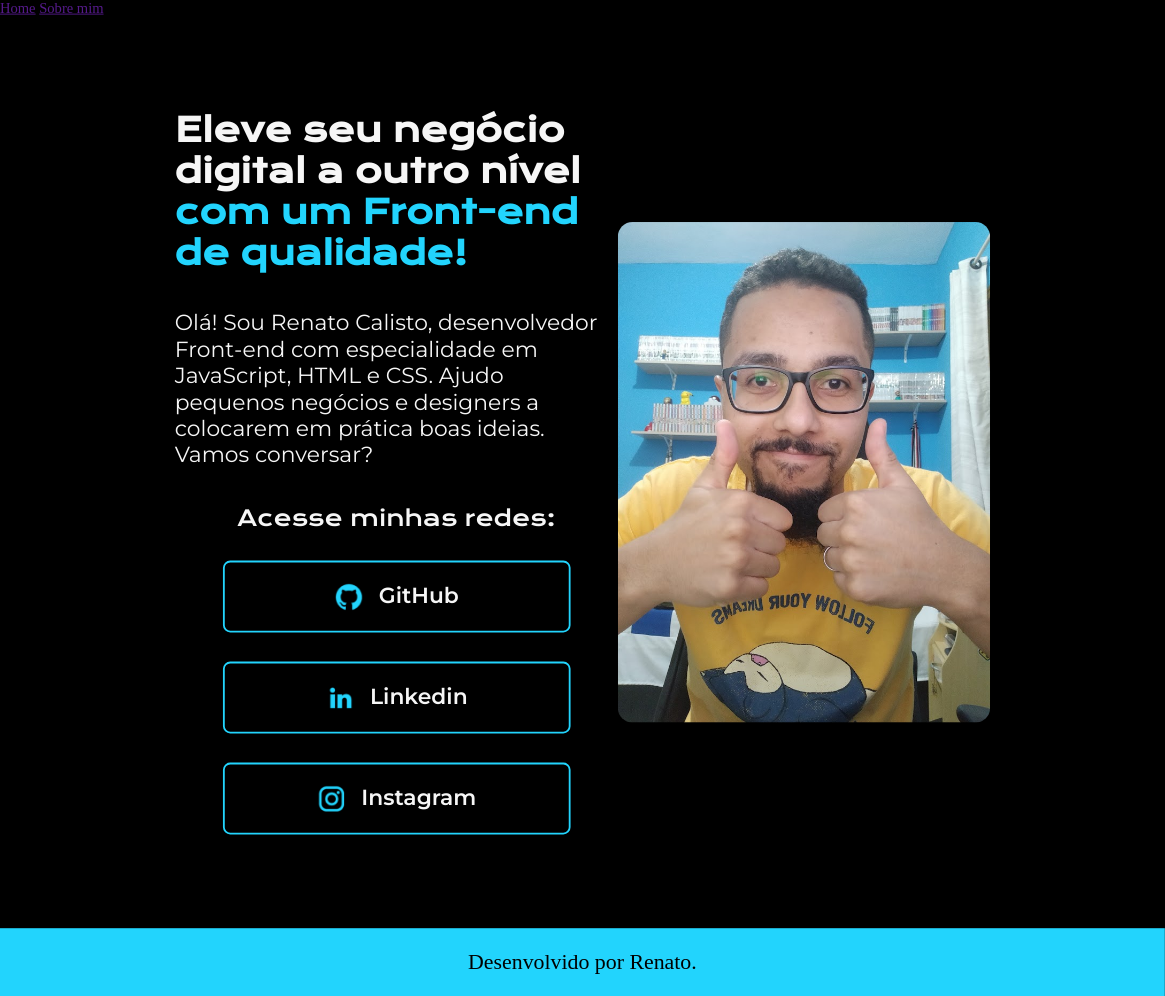
Repository: RenatoCCS/Portfolio_Alura
Page: index.html
These files come from the project's save history. The page is drawn as it stood at one moment and after the next save; the edit follows.
The browser window is 1280 px wide. The pictures show the whole page, at 91% of full size.

Above is the page before, as saved 2023-03-02 16:53:05.

### index.html
<!DOCTYPE html>
<html lang="pt-br">
  <head>
    <meta charset="UTF-8" />
    <meta http-equiv="X-UA-Compatible" content="IE=edge" />
    <meta name="viewport" content="width=device-width, initial-scale=1.0" />
    <title>Portfolio</title>
    <link rel="stylesheet" href="style.css" />
  </head>
  <body>
    <header class="cabecalho">
      <nav class="cabecalho__menu">
        <a class="cabecalho__menu__link" href="">Home</a>
        <a class="cabecalho__menu__link" href="">Sobre mim</a>
      </nav>
    </header>
    <main class="apresentacao">
      <section class="apresentacao__conteudo">
        <h1 class="apresentacao__conteudo__titulo">
          Eleve seu negócio digital a outro nível
          <strong class="titulo-destaque">
            com um Front-end de qualidade!
          </strong>
        </h1>
        <p class="apresentacao__conteudo__texto">
          Olá! Sou Renato Calisto, desenvolvedor Front-end com especialidade em
          JavaScript, HTML e CSS. Ajudo pequenos negócios e designers a
          colocarem em prática boas ideias. Vamos conversar?
        </p>
        <div class="apresentacao__links">
          <h2 class="apresentacao__links__subtitulo">Acesse minhas redes:</h2>

          <a
            class="apresentacao__links__link"
            href="https://github.com/RenatoCCS"
          >
            <img src="./assets/github.png" alt="Icone do github" />
            GitHub
          </a>

          <a
            class="apresentacao__links__link"
            href="https://www.linkedin.com/in/renatocalisto/"
          >
            <img src="./assets/linkedin.png" alt="Icone do linkedin" />
            Linkedin
          </a>

          <a
            class="apresentacao__links__link"
            href="https://www.instagram.com/reevoltz/"
          >
            <img src="./assets/instagram.png" alt="Icone do instagram" />
            Instagram
          </a>
        </div>
      </section>
      <img
        class="apresentacao__foto"
        src="./assets/renato.jpg"
        alt="Renato fazendo sinal de positivo com ambas as mãos"
      />
    </main>
    <footer class="rodape"><p>Desenvolvido por Renato.</p></footer>
  </body>
</html>

### style.css
@import url('https://fonts.googleapis.com/css2?family=Krona+One&family=Montserrat:wght@400;600&display=swap');

* {
  margin: 0;
  padding: 0;
}

body {
  /* height: 100vh; */
  box-sizing: border-box;
  background-color: #000000;
  color: #f6f6f6;
}

.abecalho__menu__link {
  font-family: 'Montserrat', sans-serif;
  font-size: 24px;
  font-weight: 600;
}

.apresentacao {
  padding: 8% 15%;
  display: flex;
  align-items: center;
  justify-content: space-between;
}

.apresentacao__conteudo {
  width: 615px;
  display: flex;
  flex-direction: column;
  gap: 40px;
}

.apresentacao__conteudo__titulo {
  font-size: 36px;
  font-family: 'Krona One', sans-serif;
}

.titulo-destaque {
  color: #22d4fd;
}

.apresentacao__conteudo__texto {
  font-size: 24px;
  font-family: 'Montserrat', sans-serif;
}

.apresentacao__links {
  display: flex;
  flex-direction: column;
  justify-content: space-between;
  align-items: center;
  gap: 32px;
}

.apresentacao__links__subtitulo {
  font-family: 'Krona One', sans-serif;
  font-weight: 400;
  font-size: 24px;
}

.apresentacao__links__link {
  /* background-color: #22d4fd; foi trocado o estilo*/
  display: flex;
  justify-content: center;
  gap: 16px;
  border: 2px solid #22d4fd;
  width: 378px;
  text-align: center;
  border-radius: 8px;
  font-size: 24px;
  font-weight: 600;
  padding: 21.5px 0;
  text-decoration: none;
  color: #f6f6f6;
  font-family: 'Montserrat', sans-serif;
}

.apresentacao__links__link:hover {
  background-color: #272727;
}

/*Utilizei minha foto e fui adaptando de acordo com o tamanho da outra foto*/
.apresentacao__foto {
  height: 550px;
  width: 490px;
  left: 1032px;
  top: 253px;
  border-radius: 16px;
}

.rodape {
  padding: 24px;
  color: #000000;
  background-color: #22d4fd;
  text-align: center;
  font-family: 'Montserrat' sans-serif;
  font-size: 24px;
  font-weight: 400;
}

After the next save:
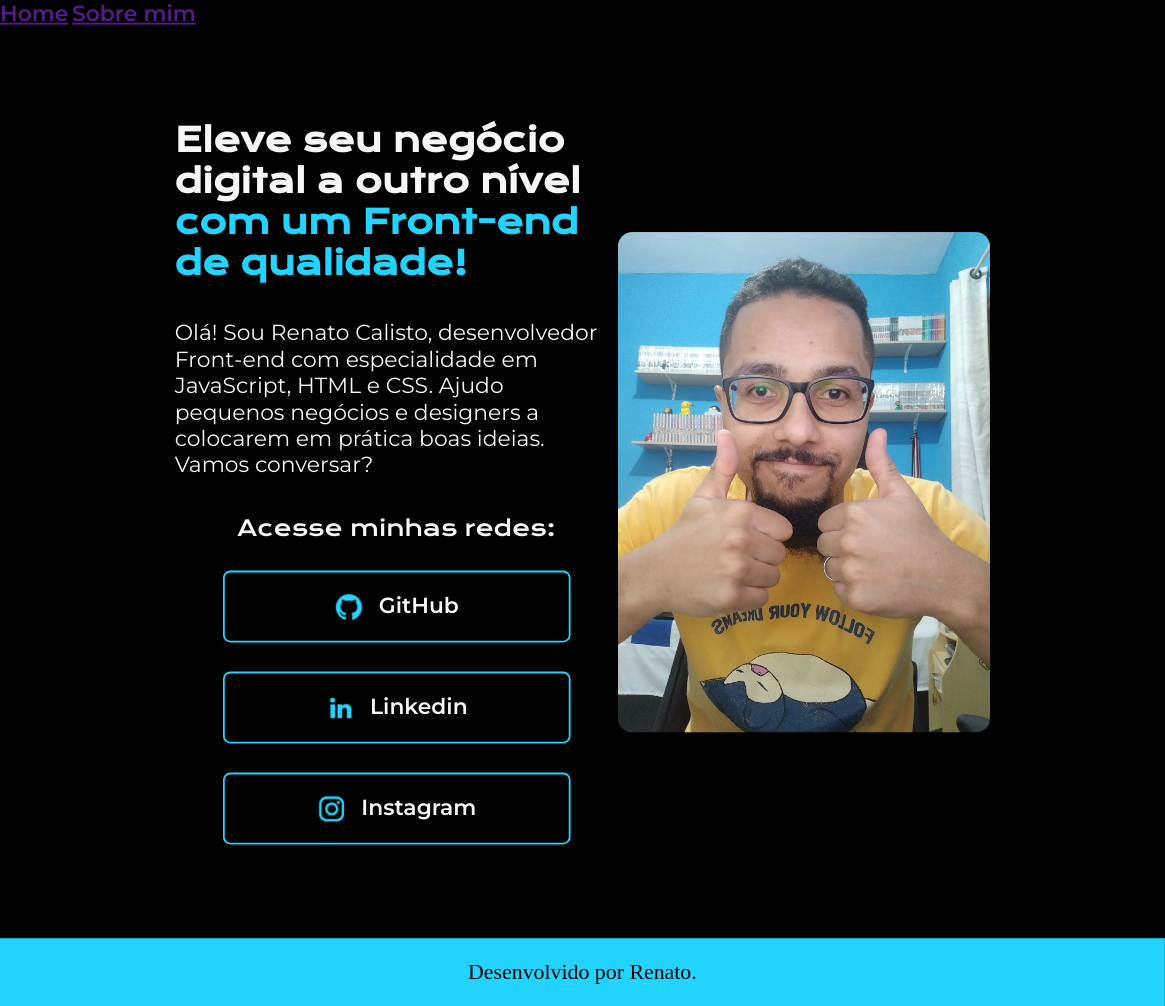
Saved 26 s later.
--- a/style.css
+++ b/style.css
@@ -12,7 +12,7 @@ body {
   color: #f6f6f6;
 }
 
-.abecalho__menu__link {
+.cabecalho__menu__link {
   font-family: 'Montserrat', sans-serif;
   font-size: 24px;
   font-weight: 600;
